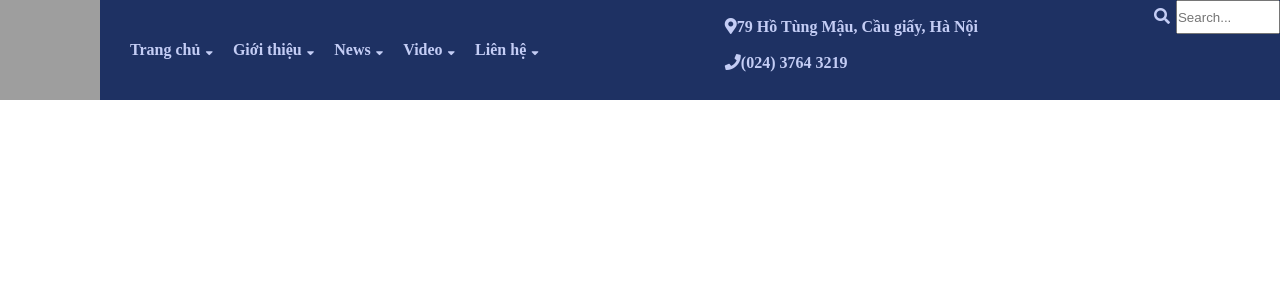
Repository: Luong-tung/newtopics
Page: index2.html
An editor plug-in stored every save of this project. The page is shown before and after the next save, followed by the edit.
The browser window is 1280 px wide. The pictures show the whole page.
Pictures or frames that could not be fetched are drawn as grey boxes. Some web libraries are served in a nearby version.

Above is the page before, as saved 2021-10-07 18:31:40.

### index2.html
<!DOCTYPE html>
<html lang="en">
<head>
    <meta charset="UTF-8">
    <meta http-equiv="X-UA-Compatible" content="IE=edge">
    <meta name="viewport" content="width=device-width, initial-scale=1.0">
    <title>trang web thương mai điện tử</title>
    <link rel="stylesheet" href="iu2.css">
    <link rel="stylesheet" href="https://pro.fontawesome.com/releases/v5.10.0/css/all.css" integrity="sha384-AYmEC3Yw5cVb3ZcuHtOA93w35dYTsvhLPVnYs9eStHfGJvOvKxVfELGroGkvsg+p" crossorigin="anonymous"/>
    <link rel="stylesheet" href="grid.css">

</head>
<body>
    <div class="header">
        <div class="logo">
            <img src="https://scontent.fhan3-5.fna.fbcdn.net/v/t1.15752-9/243148085_229171089102243_5702030057696055665_n.png?_nc_cat=109&ccb=1-5&_nc_sid=ae9488&_nc_ohc=MFQrVL-E3ZUAX81UgOR&_nc_ht=scontent.fhan3-5.fna&oh=bf2530340138a8a1eb55384dd7d37a9e&oe=6184EB79" alt="">


            <ul>
                <li><a href="#"></a>Trang chủ<i class="fas fa-sort-down"></i></li>
                <li><a href="#"></a>Giới thiệu<i class="fas fa-sort-down"></i></li>
                <li><a href="#"></a>News<i class="fas fa-sort-down"></i></li>
                <li><a href="#"></a>Video<i class="fas fa-sort-down"></i></li>
                <li><a href="#"></a>Liên hệ<i class="fas fa-sort-down"></i></li>
            </ul>
        </div>
        <div class="address">
            <p><i class="fas fa-map-marker-alt"></i>79 Hồ Tùng Mậu, Cầu giấy, Hà Nội</p>
            <P><i class="fas fa-phone"></i>(024) 3764 3219</P>
        </div>
        <div class="search">
            <form>
                <i class="fas fa-search"></i>
                <input type="text" name="Search" placeholder="Search...">
            </form>
        </div>









    </div>
    <script src="./main2.js"></script>
</body>
</html>

### iu2.css
*{
    padding: 0;
    margin: 0;

}
.header{
    width: 100%;
    height: 100px;
    background:#1E3163;
    display: flex;
    justify-content: space-between;

}
.header .logo img{
    width: 100px;
    height: 100px;

}
.header .logo{
    display: flex;
    cursor: pointer;
}
.header .logo ul{
    color: #c4cdf5;
    margin-left: 20px;
    display: flex;
    align-items: center;
    justify-content: space-between;
}
.header .logo ul li{
    list-style: none;
    cursor: pointer;
    margin: 0px 5px;
    padding:5px;
    font-weight: 600;

}
.header .logo ul li i{
    font-size: 12px;
    margin-left: 5px;
}
.header .logo ul li:hover{
    background:#c4cdf5;
    color:#092086;

}
.header .address p{
    margin-top: 18px;
    color: #c4cdf5;
    font-weight: 600;
    cursor: pointer;
    padding: 0 5px;
}
.header .search i{
    color: #c4cdf5;
    font-size: 16px;
    margin-right: 2px;

}
.header .search input{
    width: 100px;
    height: 30px;
    color:#c4cdf5;
}

Loaded but not shown: grid.css (no stored copy; drawn as an empty file); main2.js (no stored copy; drawn as an empty file)

After the next save:
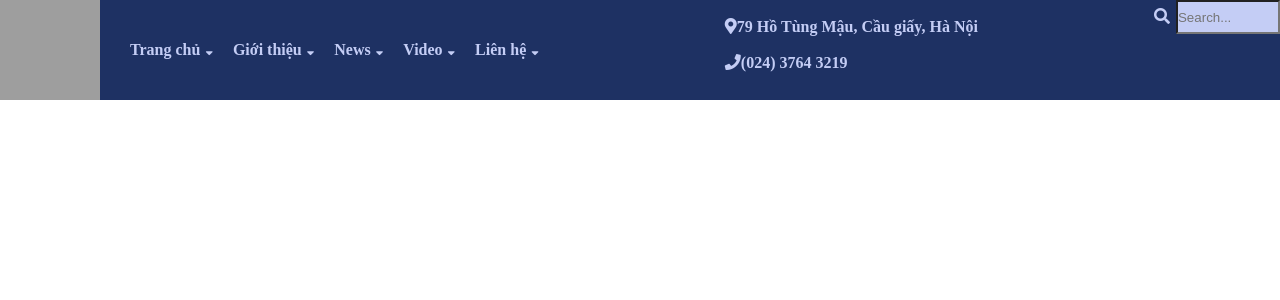
Saved 39 s later.
--- a/iu2.css
+++ b/iu2.css
@@ -60,5 +60,5 @@
 .header .search input{
     width: 100px;
     height: 30px;
-    color:#c4cdf5;
+    background-color:#c4cdf5;
 }
